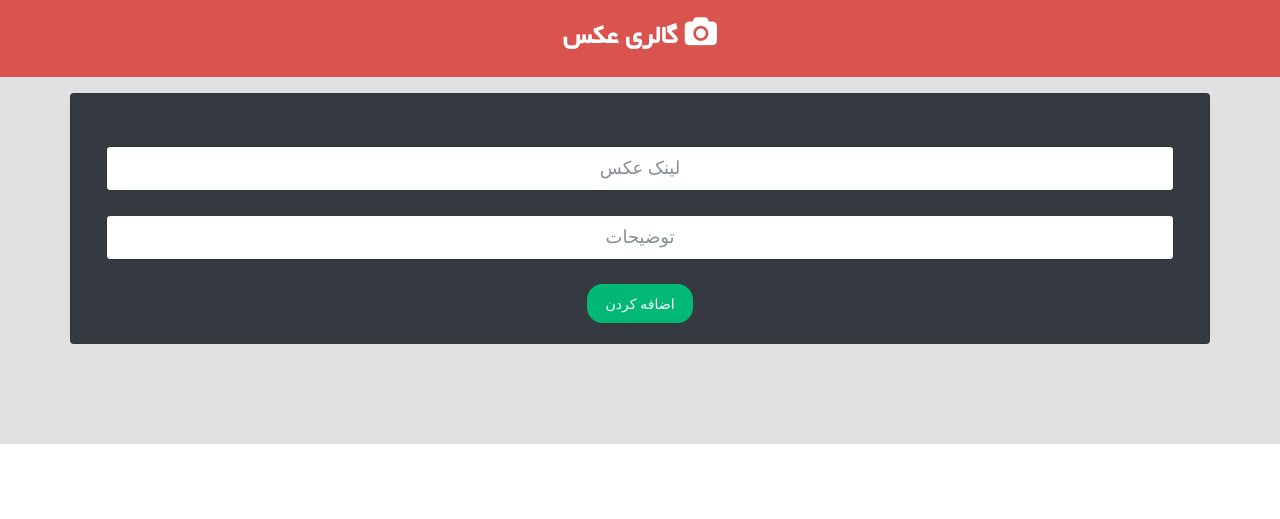
Repository: sadegh1379/PhotoWall-app
Page: /addphoto
The author's editor kept a copy of each file at every save. The page is drawn from the files as they stood at one save, then again after the next save.
The browser window is 1280 px wide. The pictures show the whole page.
The project was rebuilt for these pictures with package versions that can differ from the ones it lists, and the page was loaded fresh each time. Also part of the build but not shown: src/Component/Photo.js, src/Component/PhotoWall.js.

Above is the page before, as saved 2020-02-22 13:25:31.

### public/index.html
<!DOCTYPE html>
<html lang="en">
  <head>
    <meta charset="utf-8" />
    <link rel="icon" href="%PUBLIC_URL%/favicon.ico" />
    <meta name="viewport" content="width=device-width, initial-scale=1" />
    <meta name="theme-color" content="#000000" />
    <link rel="stylesheet" href="https://stackpath.bootstrapcdn.com/font-awesome/4.7.0/css/font-awesome.min.css">
    <meta
      name="description"
      content="Web site created using create-react-app"
    />
    <link rel="apple-touch-icon" href="%PUBLIC_URL%/logo192.png" />
    <!--
      manifest.json provides metadata used when your web app is installed on a
      user's mobile device or desktop. See https://developers.google.com/web/fundamentals/web-app-manifest/
    -->
    <link rel="manifest" href="%PUBLIC_URL%/manifest.json" />
    <!--
      Notice the use of %PUBLIC_URL% in the tags above.
      It will be replaced with the URL of the `public` folder during the build.
      Only files inside the `public` folder can be referenced from the HTML.

      Unlike "/favicon.ico" or "favicon.ico", "%PUBLIC_URL%/favicon.ico" will
      work correctly both with client-side routing and a non-root public URL.
      Learn how to configure a non-root public URL by running `npm run build`.
    -->
    <title>React App</title>
  </head>
  <body>
    <noscript>You need to enable JavaScript to run this app.</noscript>
    <div id="root"></div>
    <!--
      This HTML file is a template.
      If you open it directly in the browser, you will see an empty page.

      You can add webfonts, meta tags, or analytics to this file.
      The build step will place the bundled scripts into the <body> tag.

      To begin the development, run `npm start` or `yarn start`.
      To create a production bundle, use `npm run build` or `yarn build`.
    -->
  </body>
</html>

### src/App.js
import React , { Component } from 'react';
import { BrowserRouter as Router , Route, Switch } from 'react-router-dom';
import Title from './Component/Title';
import PhotoWall from './Component/PhotoWall';
import './bootswatch.css';
import AddPhoto from './Component/AddPhoto';
import './App.css';

class App extends Component {

  constructor(){

      super()

      this.state = {
        posts : [
          {
            id : "0" ,
            description : "صادق اکبری" ,
            imageLink : "https://dkt6rvnu67rqj.cloudfront.net/cdn/ff/tpWy09V5tfN_Il2UBj8nPU4FZvPDpNBQSecbyXiqbuM/1574345660/public/styles/322x405/public/media/int_files/1008357.jpg?itok=c5qoLzeh"
          },
          {
           id : "1" ,
           description : "علی میرزایی" ,
           imageLink : "https://dkt6rvnu67rqj.cloudfront.net/cdn/ff/tpWy09V5tfN_Il2UBj8nPU4FZvPDpNBQSecbyXiqbuM/1574345660/public/styles/322x405/public/media/int_files/1008357.jpg?itok=c5qoLzeh"
         }
         ,{
           id : "5" ,
           description :" سارا ممبینی" ,
           imageLink :"https://thetyee.ca/Culture/2017/10/31/FawnLawn.jpg"

         },
         {
          id : "6" ,
          description : "صادق اکبری" ,
          imageLink : "https://dkt6rvnu67rqj.cloudfront.net/cdn/ff/tpWy09V5tfN_Il2UBj8nPU4FZvPDpNBQSecbyXiqbuM/1574345660/public/styles/322x405/public/media/int_files/1008357.jpg?itok=c5qoLzeh"
        },
        {
         id : "7" ,
         description : "علی میرزایی" ,
         imageLink : "https://www.iata.org/contentassets/d7c512eb9a704ba2a8056e3186a31921/cargo_live_animals_parrot.jpg?w=330&h=200&mode=crop&scale=both&v=20191213012337"
       }
       ,{
         id : "8" ,
         description :" سارا ممبینی" ,
         imageLink :"https://images.unsplash.com/photo-1497752531616-c3afd9760a11?ixlib=rb-1.2.1&w=1000&q=80"

       }
        ]

    }
  }

// Remove post
 onRemovePost = (removedPost) =>{

      this.setState((state)=>({
          posts : state.posts.filter(post => post !== removedPost)
      }))

  }

  render(){
      return (
        <div className="body">
              <Router>
                  <Title title="گالری عکس"/>
                  <Switch>

                      <Route exact path="/" render={()=>(
                              <div>
                                  <PhotoWall onRemovePost={this.onRemovePost} posts={this.state.posts}/>
                              </div>
                      )}/>

                        <Route exact path="/addphoto" component={AddPhoto}/>
                </Switch>
            </Router>
        </div>
      );
}
}

export default App;

### src/Component/Title.js
import React from 'react';
import PropTypes from 'prop-types';


function Title(props) {
    return (
            <p className=" bg-danger text-white py-3 p-title text-center">{props.title} <span className="fa fa-camera"></span></p>
    )
}

Title.propTypes = {
    title : PropTypes.string.isRequired
}

export default Title;

### src/Component/AddPhoto.js
import React, { Component } from 'react'

export class AddPhoto extends Component {
    render() {
        return (
            <div className="card card-body bg-dark container">
                <h3></h3>
                <form className="container add-form">
                    <input type="text" placeholder="لینک عکس" className="form-control my-4 text-center"/>
                    <input type="text" placeholder="توضیحات" className="form-control text-center" />
                      <div className="d-flex justify-content-center mt-4">
                            <button type="submit" className="btn btn-success ">اضافه کردن</button>
                      </div>

                </form>
            </div>
        )
    }
}

export default AddPhoto;

### src/App.css
.p-title{
    font-size: 30px;
    color:white ;
    font-weight: bolder;
    font-family: 'Byekan';
}

.body{
    font-family: 'Brekan';
    background-color: #E0E0E0;
    padding-bottom: 100px;
}

 .photo-grid{
    /* max-width: 1000px; */
    margin: 0 auto;
    display: flex;
    flex-wrap: wrap;
    justify-content: center;
}

@font-face{
    font-family: 'Byekan';
    src:url('./Component/fonst/Yekan.ttf');
}

.photo-card{
  margin: 10px 10px;
  box-shadow: 5px 5px 5px 5px #888888;
}

.add-icon{
    text-align: center;
    margin: 20px auto;
    color:white  !important;
    background-color: rgb(62, 112, 75);
    padding: 20px;
    border-radius: 70px;

}

.add-form input{

    font-size: 18px;
    color:black;
}

Loaded but not shown: src/index.js (common file); src/index.css (common file); src/bootswatch.css (library)

After the next save:
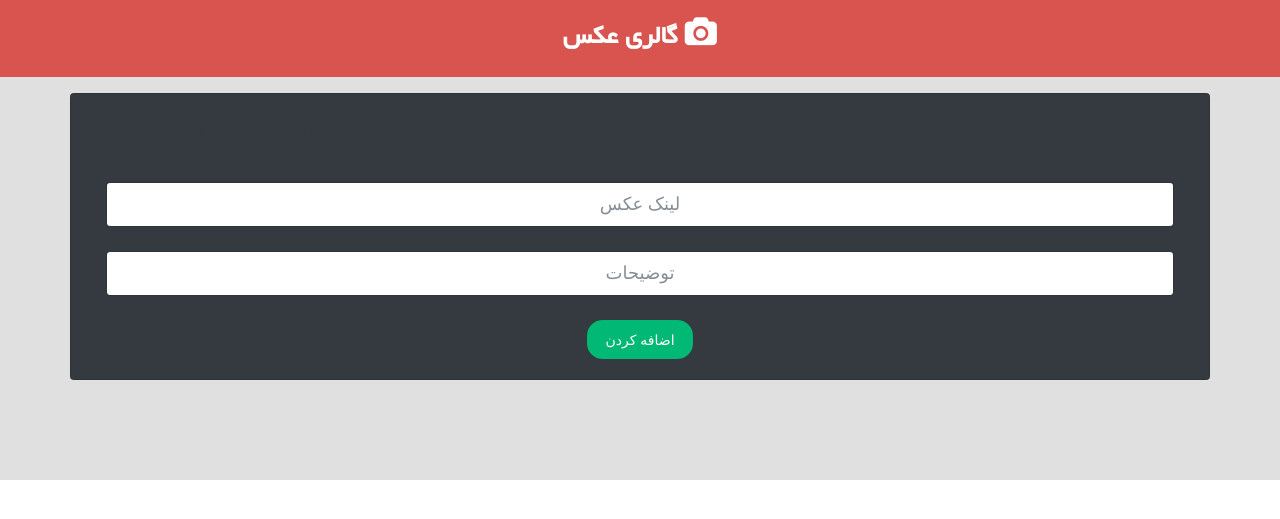
Saved 8 s later.
--- a/src/Component/AddPhoto.js
+++ b/src/Component/AddPhoto.js
@@ -4,7 +4,7 @@ export class AddPhoto extends Component {
     render() {
         return (
             <div className="card card-body bg-dark container">
-                <h3></h3>
+                <h3>اضافه کردن عکس</h3>
                 <form className="container add-form">
                     <input type="text" placeholder="لینک عکس" className="form-control my-4 text-center"/>
                     <input type="text" placeholder="توضیحات" className="form-control text-center" />
